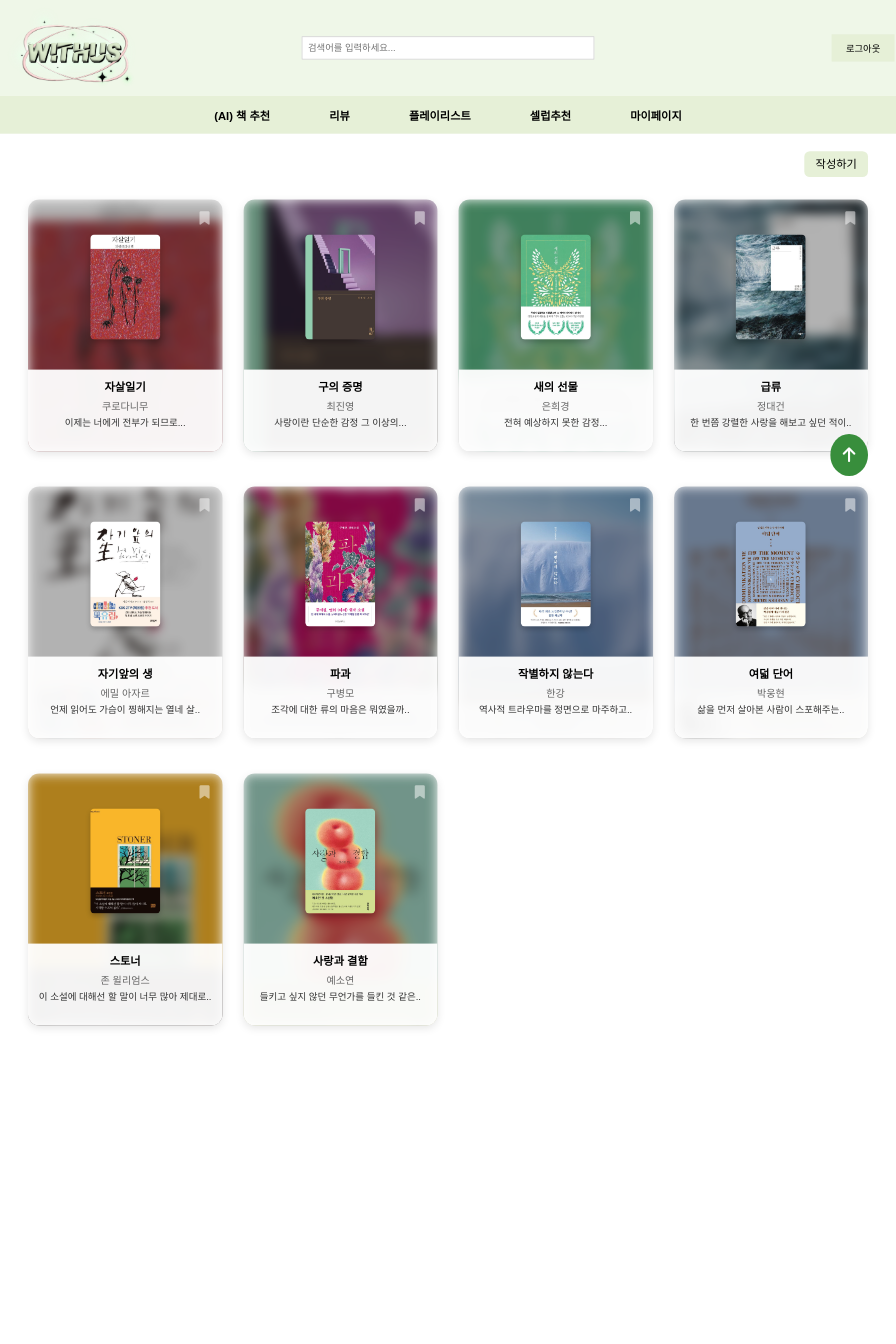
Repository: book-recommendation-team/book_recommendation_web_project
Page: http://localhost/2025_teamproject/reviewList
These files come from the project's save history. The page is drawn as it stood at one moment and after the next save; the edit follows.
The browser window is 1280 px wide. The pictures show the part of the page from y = 0 to 1920 px (the page is 3495 px tall), at 70% of full size.
The pointer rests on the first visible `#topBtn`.
The page is served by Tomcat 9.

Above is the page before, as saved 2025-07-01 07:29:33.

After the next save:
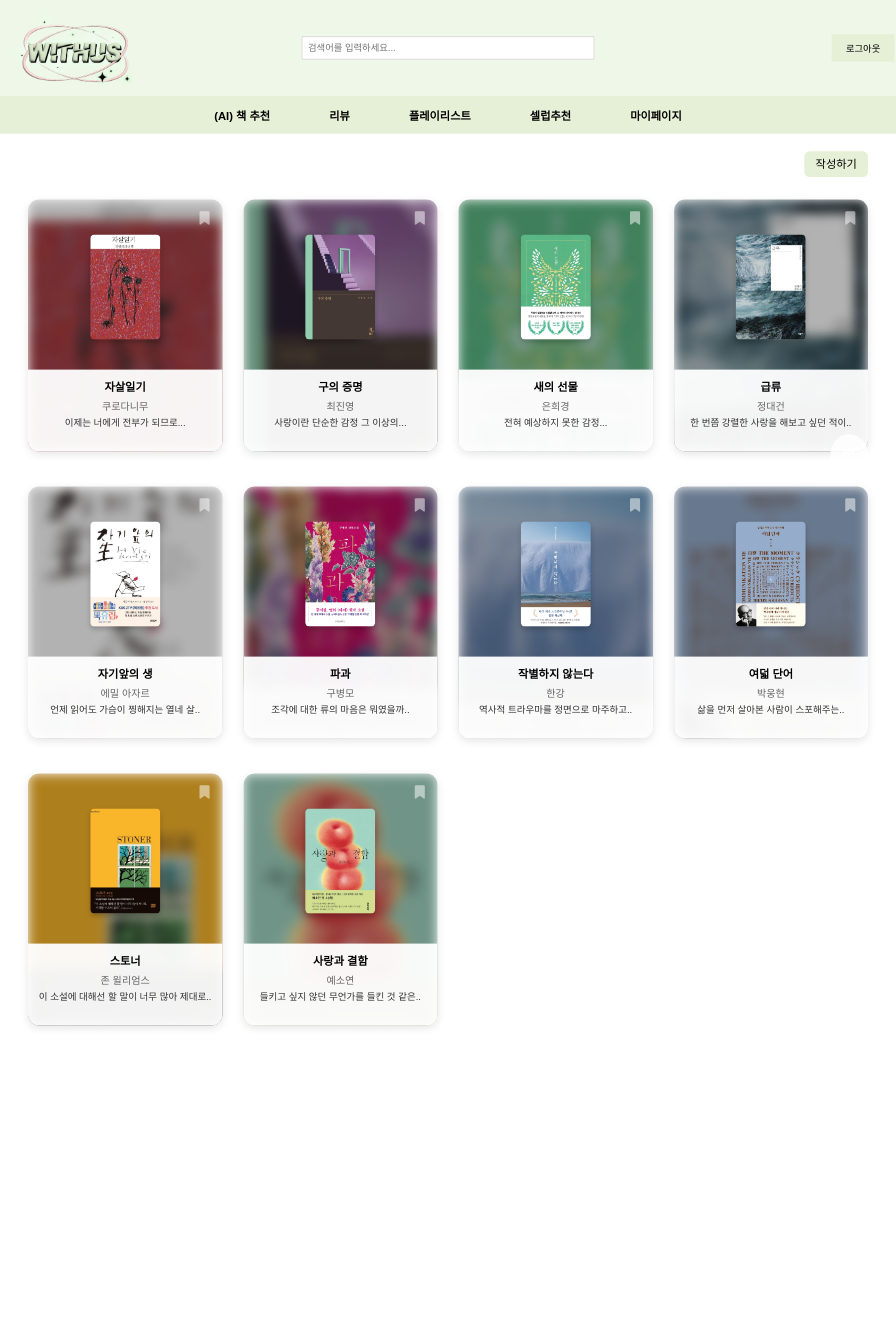
Saved 19 s later.
--- a/2025_teamproject/src/main/webapp/css/reviewList.css
+++ b/2025_teamproject/src/main/webapp/css/reviewList.css
@@ -181,5 +181,5 @@ nav a:hover {
 
 
 #topBtn:hover {
-	background-color: #388e3c;
+	background-color: rgba(255, 255, 255, 0.8);;
 }
